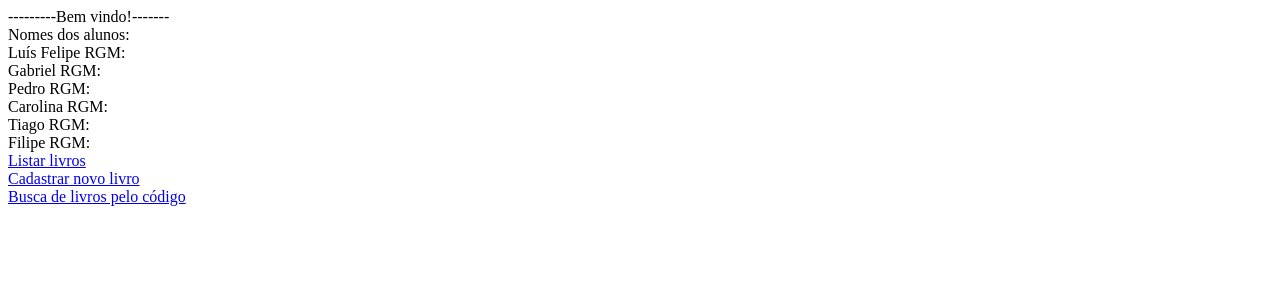
Repository: pedro202100/sistema-de-livros
Page: ProjetoLivrariaClienteServidor/src/main/webapp/index.html
The author's editor kept a copy of each file at every save. The page is drawn from the files as they stood at one save, then again after the next save.
The browser window is 1280 px wide. The pictures show the whole page.

Above is the page before, as saved 2022-11-07 01:36:08.

### ProjetoLivrariaClienteServidor/src/main/webapp/index.html
<!DOCTYPE html>
<html>
<head>
<meta charset="UTF-8">
<title>Projeto Cliente Servidor</title>
</head>
<body>
    ---------Bem vindo!-------<br/>
    Nomes dos alunos:<br/>
    Luís Felipe RGM:<br/>
    Gabriel RGM:<br/>
    Pedro RGM:<br/>
    Carolina RGM:<br/>
    Tiago RGM:<br/>
    Filipe RGM:<br/>
    <a href="listaLivrosPorCategoria.html">
    Listar livros </a><br>

    <a href="cadastar_editar_livros.html">
    Cadastrar novo livro</a><br>

    <a href="busca_de_livros.html">
   Busca de livros pelo código</a>


</body>
</html>

After the next save:
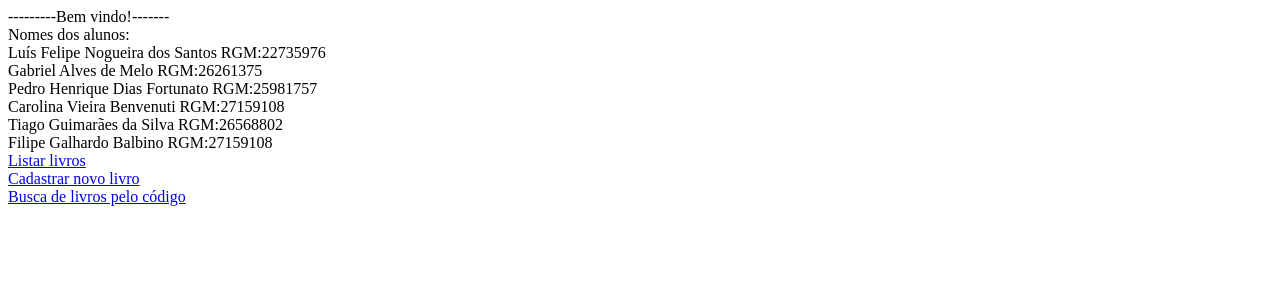
Saved 46 s later.
--- a/ProjetoLivrariaClienteServidor/src/main/webapp/index.html
+++ b/ProjetoLivrariaClienteServidor/src/main/webapp/index.html
@@ -5,14 +5,14 @@
 <title>Projeto Cliente Servidor</title>
 </head>
 <body>
-    ---------Bem vindo!-------<br/>
+   ---------Bem vindo!-------<br/>
     Nomes dos alunos:<br/>
-    Luís Felipe RGM:<br/>
-    Gabriel RGM:<br/>
-    Pedro RGM:<br/>
-    Carolina RGM:<br/>
-    Tiago RGM:<br/>
-    Filipe RGM:<br/>
+    Luís Felipe Nogueira dos Santos RGM:22735976<br/>
+    Gabriel Alves de Melo RGM:26261375<br/>
+    Pedro Henrique Dias Fortunato RGM:25981757<br/>
+    Carolina Vieira Benvenuti RGM:27159108<br/>
+    Tiago Guimarães da Silva RGM:26568802<br/>
+    Filipe Galhardo Balbino RGM:27159108<br/>
     <a href="listaLivrosPorCategoria.html">
     Listar livros </a><br>
 
